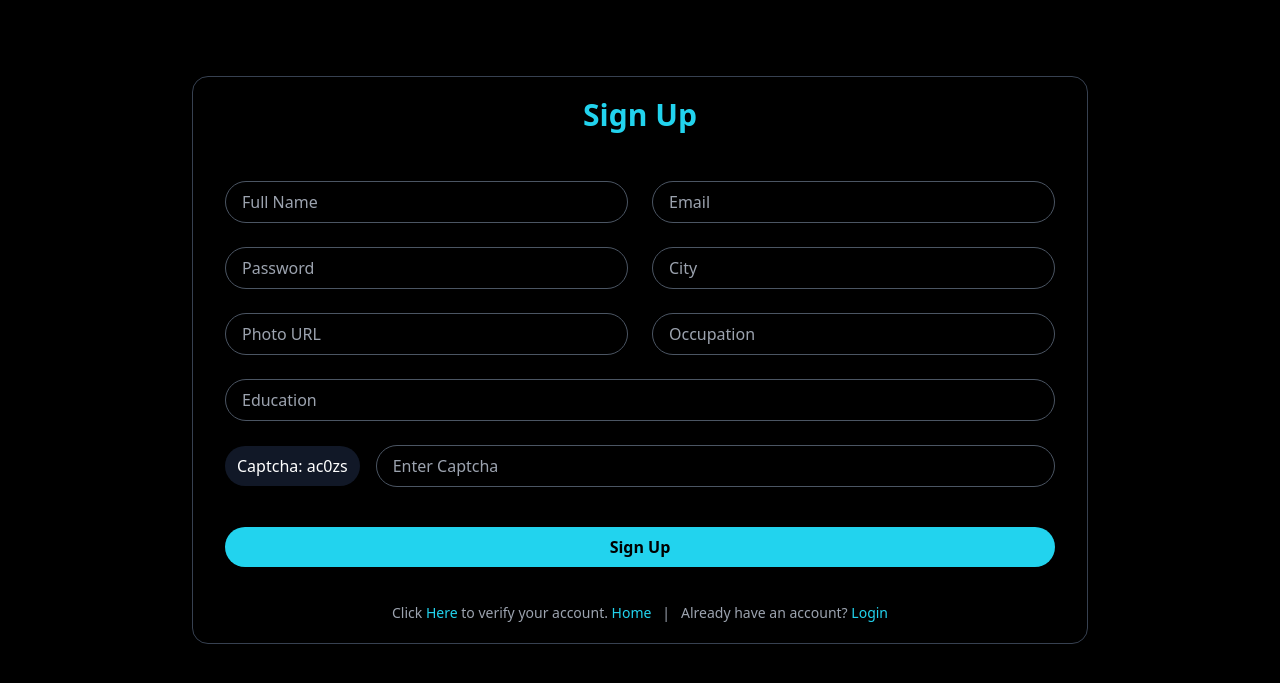
Repository: student-samratojha/StoryWrittingAppSam
Page: http://localhost/signup
The author's editor kept a copy of each file at every save. The page is drawn from the files as they stood at one save, then again after the next save.
The browser window is 1280 px wide. The pictures show the whole page.
Some web libraries are served in a nearby version. The page is served by the project's Node server (app.js). Other server files are loaded and not shown.

Above is the page before, as saved 2025-10-12 20:55:34.

### views/signup.ejs
<!DOCTYPE html>
<html lang="en">
  <head>
    <meta charset="UTF-8" />
    <meta name="viewport" content="width=device-width, initial-scale=1.0" />
    <title>Story Witting App - Signup</title>
    <script src="https://cdn.tailwindcss.com"></script>
  </head>
  <body class="bg-black flex items-center justify-center min-h-screen">
    <form
      action="/signup"
      method="POST"
      class="bg-black/50 backdrop-blur-md border border-gray-700 px-8 py-5 rounded-2xl w-full max-w-4xl shadow-xl grid grid-cols-1 md:grid-cols-2 gap-6 max-h-[90vh] overflow-y-auto"
    >
      <h2
        class="text-3xl text-cyan-400 font-bold text-center md:col-span-2 mb-6 drop-shadow-lg"
      >
        Sign Up
      </h2>

      <% if (typeof error !== 'undefined') { %>
      <p class="text-red-500 text-center md:col-span-2 mb-4"><%= error %></p>
      <% } %> <% if (typeof message !== 'undefined') { %>
      <p class="text-green-400 text-center md:col-span-2 mb-4">
        <%= message %>
      </p>
      <% } %>

      <!-- Left Column -->
      <input
        type="text"
        name="name"
        placeholder="Full Name"
        required
        class="py-2 px-4 rounded-full border border-gray-600 bg-transparent text-white placeholder-gray-400 focus:outline-none focus:ring-2 focus:ring-cyan-400"
      />
      <input
        type="email"
        name="email"
        placeholder="Email"
        required
        class="py-2 px-4 rounded-full border border-gray-600 bg-transparent text-white placeholder-gray-400 focus:outline-none focus:ring-2 focus:ring-cyan-400"
      />
      <input
        type="password"
        name="password"
        placeholder="Password"
        required
        class="py-2 px-4 rounded-full border border-gray-600 bg-transparent text-white placeholder-gray-400 focus:outline-none focus:ring-2 focus:ring-cyan-400"
      />
      <input
        type="text"
        name="city"
        placeholder="City"
        required
        class="py-2 px-4 rounded-full border border-gray-600 bg-transparent text-white placeholder-gray-400 focus:outline-none focus:ring-2 focus:ring-cyan-400"
      />
      <input
        type="text"
        name="image"
        placeholder="Photo URL"
        required
        class="py-2 px-4 rounded-full border border-gray-600 bg-transparent text-white placeholder-gray-400 focus:outline-none focus:ring-2 focus:ring-cyan-400"
      />
      <input
        type="text"
        name="occupation"
        placeholder="Occupation"
        required
        class="py-2 px-4 rounded-full border border-gray-600 bg-transparent text-white placeholder-gray-400 focus:outline-none focus:ring-2 focus:ring-cyan-400"
      />
      <input
        type="text"
        name="education"
        placeholder="Education"
        required
        class="py-2 px-4 rounded-full border border-gray-600 bg-transparent text-white placeholder-gray-400 focus:outline-none md:col-span-2 focus:ring-2 focus:ring-cyan-400"
      />


<!-- Custom captcha -->
<div class="flex items-center gap-4 md:col-span-2">
  <span class="text-white bg-gray-900 px-3 py-2 rounded-full">
    Captcha: <%= captcha %>
  </span>
  <input
    type="text"
    name="captchacode"
    placeholder="Enter Captcha"
    required
    class="py-2 px-4 rounded-full border border-gray-600 bg-transparent text-white focus:outline-none focus:ring-2 focus:ring-cyan-400 flex-1"
  />
</div>

      <!-- Submit Button spans 2 columns -->
      <button
        type="submit"
        class="bg-cyan-400 hover:bg-cyan-500 text-black font-semibold py-2 rounded-full mt-4 shadow-md md:col-span-2"
      >
        Sign Up
      </button>


      <!-- Links spans 2 columns -->
      <p class="mt-3 text-center text-gray-400 text-sm md:col-span-2">
        Click <a href="http://localhost:3000/verify/${user._id}"class="text-cyan-400 hover:underline">Here</a> to verify your account.
        <a href="/" class="text-cyan-400 hover:underline">Home</a> &nbsp; |
        &nbsp; Already have an account?
        <a href="/login" class="text-cyan-400 hover:underline">Login</a>
      </p>
    </form>
  </body>
</html>

### app.js
require("dotenv").config();

const express = require("express");
const mongoose = require("mongoose");
const path = require("path");
const cookieParser = require("cookie-parser");
const jwt = require("jsonwebtoken");

const app = express();
app.set("view engine", "ejs");
app.use(express.urlencoded({ extended: true }));
app.use(express.json());
app.use(cookieParser());
app.use(express.static(path.join(__dirname, "public")));

// MongoDB connect
mongoose
  .connect(process.env.MONGO_URL)
  .then(() => console.log("✅ MongoDB Connected"))
  .catch((err) => console.log(err));

// JWT secret
const JWT_SECRET = process.env.JWT_SECRET;

// Home route
app.get("/", (req, res) => {
  res.render("home");
});

// Import auth routes
const signupRoutes = require("./routes/signupRoute");
app.use("/", signupRoutes);

// Import auth routes
const loginRoutes = require("./routes/loginRoute");
app.use("/", loginRoutes);
// Import auth routes
const dashboardRoutes = require("./routes/dashboardRoute");
app.use("/", dashboardRoutes);

const adminRoutes = require("./routes/adminRoutes");
app.use("/", adminRoutes);
// Start server
app.listen(process.env.PORT, () =>
  console.log(`Server running at http://localhost:${process.env.PORT}`)
);

### routes/signupRoute.js
// const express = require("express");
// const User = require("../models/userModel");
// const jwt = require("jsonwebtoken");
// const router = express.Router();

// // Signup page
// router.get("/signup", (req, res) => {
//   res.render("signup");
// });
// function generateRandomNumber(length = 11) {
//   const digits = "0123456789";
//   let result = "";
//   let num = "";
//   for (let i = 0; i < length; i++) {
//     num += digits.charAt(Math.floor(Math.random() * digits.length));
//   }
//   result = `${new Date().getFullYear()}${num}`;
//   return result;
// }

// router.post("/signup", async (req, res) => {
//   const {
//     name,
//     email,
//     password,
//     image,
//     city,

//     occupation,
//     education,
//   } = req.body;

//   try {
//     // Check if user exists
//     const existingUser = await User.findOne({ email });
//     if (existingUser) return res.send("User already exists");

//     // Generate unique ID and make sure it's unique
//     let uniqueId;
//     let isUnique = false;
//     while (!isUnique) {
//       uniqueId = generateRandomNumber(11);
//       const userWithId = await User.findOne({ uniqueId });
//       if (!userWithId) isUnique = true;
//     }

//     // Create user
//     const user = await User.create({
//       name,
//       email,
//       password,
//       image,
//       city,
//       occupation,
//       education,
//       uniqueId, // ← save in DB
//     });
//     res.render("sPro", { p: user }); // sPro page me dikhao
//   } catch (err) {
//     console.log(err);
//     res.send("Error creating user");
//   }
// });

// module.exports = router;
const express = require("express");
const User = require("../models/userModel");
const bcrypt = require("bcrypt");
const nodemailer = require("nodemailer");
const router = express.Router();

// Generate simple captcha
function genCaptcha(length = 5) {
  const chars = "abcdefghijklmnopqrstuvwxyz1234567890";
  let captcha = "";
  for (let i = 0; i < length; i++) {
    captcha += chars.charAt(Math.floor(Math.random() * chars.length));
  }
  return captcha;
}

// Signup page
router.get("/signup", (req, res) => {
  const captcha = genCaptcha();
  res.cookie("captcha", captcha, { httpOnly: true });
  res.render("signup", { captcha });
});

// Generate unique ID
function generateRandomNumber(length = 11) {
  const digits = "0123456789";
  let result = "";
  for (let i = 0; i < length; i++) {
    result += digits.charAt(Math.floor(Math.random() * digits.length));
  }
  return `${new Date().getFullYear()}${result}`;
}

router.post("/signup", async (req, res) => {
  const {
    name,
    email,
    password,
    image,
    city,
    occupation,
    education,
    captchacode,
  } = req.body;

  // Captcha verification
  const storedCaptcha = req.cookies.captcha;
  if (
    !storedCaptcha ||
    captchacode.trim().toLowerCase() !== storedCaptcha.toLowerCase()
  ) {
    return res.render("signup", {
      error: "Invalid captcha code",
      captcha: genCaptcha(),
    });
  }

  try {
    // Check if user exists
    const existingUser = await User.findOne({ email });
    if (existingUser)
      return res.render("signup", {
        error: "User already exists",
        captcha: genCaptcha(),
      });

    // Generate unique ID
    let uniqueId;
    let isUnique = false;
    while (!isUnique) {
      uniqueId = generateRandomNumber(11);
      const userWithId = await User.findOne({ uniqueId });
      if (!userWithId) isUnique = true;
    }

    // Hash password
    const hashedPassword = await bcrypt.hash(password, 10);

    // Create user with verified=false
    const user = await User.create({
      name,
      email,
      password: hashedPassword,
      image,
      city,
      occupation,
      education,
      uniqueId,
      verified: false,
    });

    // Send verification email
    const transporter = nodemailer.createTransport({
      service: "gmail",
      auth: {
        user: process.env.EMAIL_USER,
        pass: process.env.EMAIL_PASS,
      },
    });

    const mailOptions = {
      from: process.env.EMAIL_USER,
      to: email,
      subject: "Verify your Story App account",
      html: `<p>Click <a href="http://localhost:3000/verify/${user._id}">here</a> to verify your account.</p>`,
    };

    transporter.sendMail(mailOptions, (err, info) => {
      if (err) console.log(err);
      else console.log("Verification email sent: " + info.response);
    });

    res.render("signup", {
      message: "Signup successful! Please verify your email.",
      captcha: genCaptcha(),
    });
  } catch (err) {
    console.log(err);
    res.render("signup", {
      error: "Error creating user",
      captcha: genCaptcha(),
    });
  }
});

// Email verification
router.get("/verify/:id", async (req, res) => {
  try {
    const user = await User.findById(req.params.id);
    if (!user) return res.send("Invalid verification link");

    user.verified = true;
    await user.save();
    res.send("Account verified! You can now login.");
  } catch (err) {
    console.log(err);
    res.send("Verification error");
  }
});

module.exports = router;

After the next save:
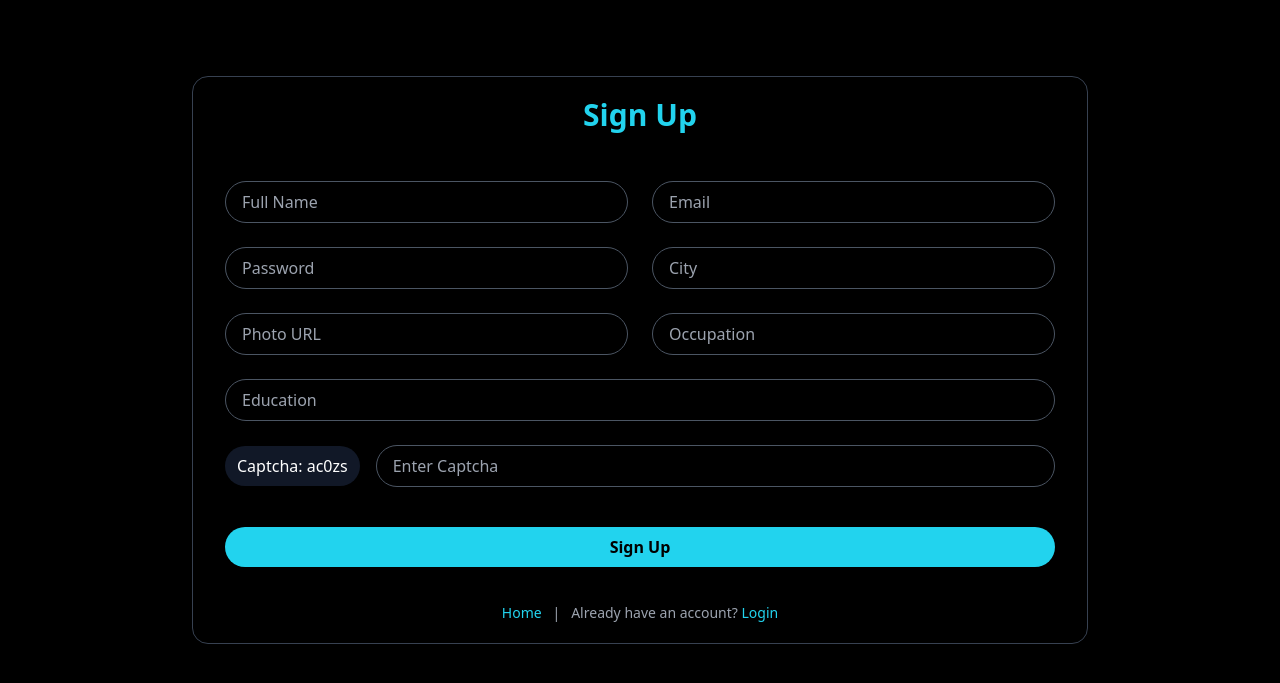
Saved 5 min 33 s later.
--- a/views/signup.ejs
+++ b/views/signup.ejs
@@ -103,7 +103,7 @@
 
       <!-- Links spans 2 columns -->
       <p class="mt-3 text-center text-gray-400 text-sm md:col-span-2">
-        Click <a href="http://localhost:3000/verify/${user._id}"class="text-cyan-400 hover:underline">Here</a> to verify your account.
+
         <a href="/" class="text-cyan-400 hover:underline">Home</a> &nbsp; |
         &nbsp; Already have an account?
         <a href="/login" class="text-cyan-400 hover:underline">Login</a>
